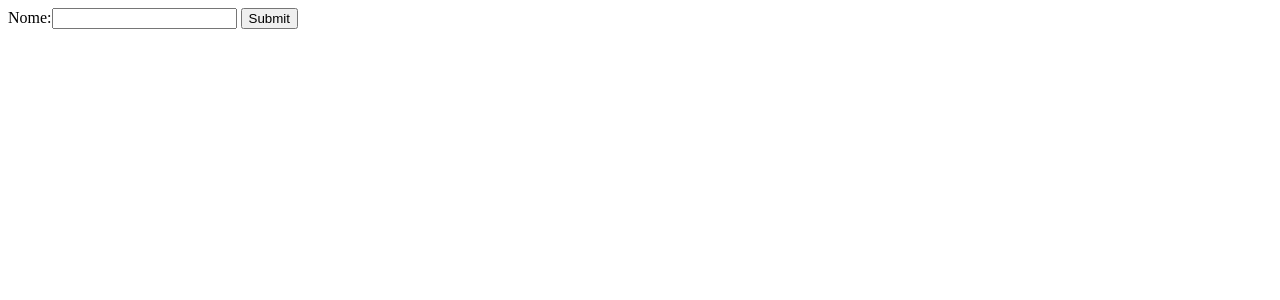
Repository: AnnaLutw/servletAlura
Page: http://localhost/gerenciador/formNovaEmpresa.jsp
The author's editor kept a copy of each file at every save. The page is drawn from the files as they stood at one save, then again after the next save.
The browser window is 1280 px wide. The pictures show the whole page.
The page is served by Tomcat 10.

Above is the page before, as saved 2023-03-09 14:32:47.

After the next save:
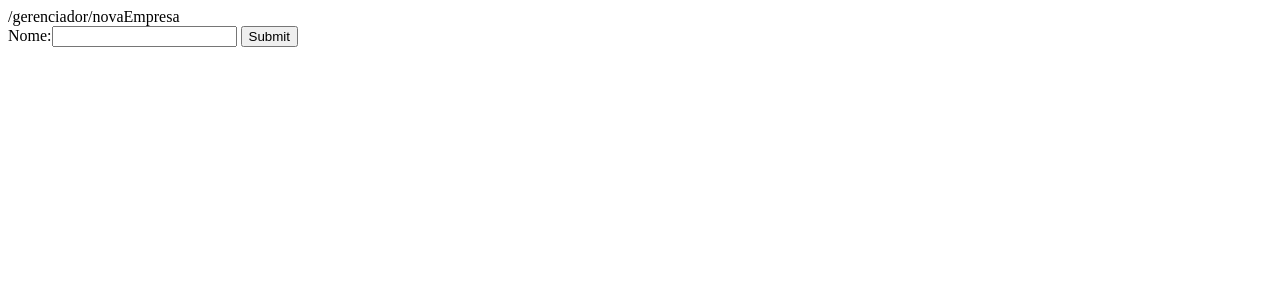
Saved 3 min 47 s later.
--- a/gerenciador/src/main/webapp/formNovaEmpresa.jsp
+++ b/gerenciador/src/main/webapp/formNovaEmpresa.jsp
@@ -7,6 +7,8 @@
 <title>Insert title here</title>
 </head>
 <body>
+
+<c:url value="/novaEmpresa"/>
 	<form action="/gerenciador/novaEmpresa" method="post">
 		Nome:<input type="text" name=nome>
 		<input type="submit">

After the save that followed:
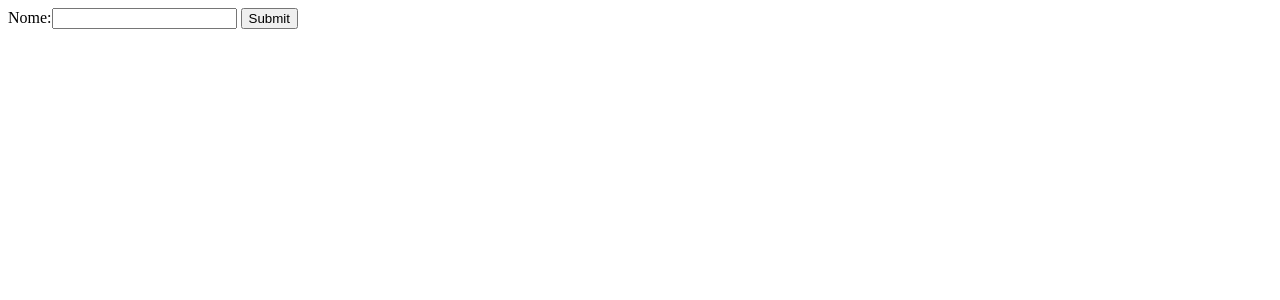
Saved 48 s later.
--- a/gerenciador/src/main/webapp/formNovaEmpresa.jsp
+++ b/gerenciador/src/main/webapp/formNovaEmpresa.jsp
@@ -8,8 +8,8 @@
 </head>
 <body>
 
-<c:url value="/novaEmpresa"/>
-	<form action="/gerenciador/novaEmpresa" method="post">
+
+	<form action="<c:url value="/novaEmpresa"/>" method="post">
 		Nome:<input type="text" name=nome>
 		<input type="submit">
 	</form>
